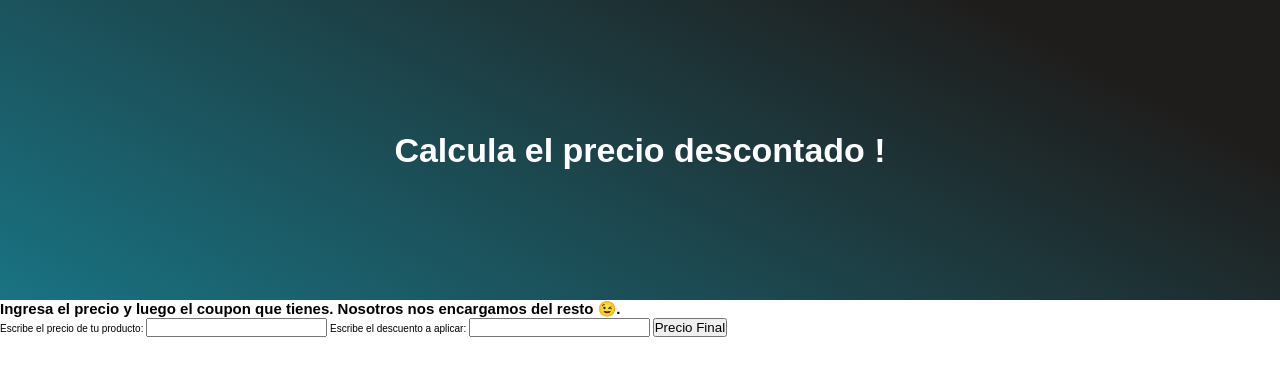
Repository: ChristianGecchelin/javascript-project
Page: javascript-project/descuentos y porcentajes/descuentos.html
These files come from the project's save history. The page is drawn as it stood at one moment and after the next save; the edit follows.
The browser window is 1280 px wide. The pictures show the whole page.

Above is the page before, as saved 2021-12-05 18:14:45.

### javascript-project/descuentos y porcentajes/descuentos.html
<!DOCTYPE html>
<html lang="es">
  <head>
    <meta charset="UTF-8" />
    <meta http-equiv="X-UA-Compatible" content="IE=edge" />
    <meta name="viewport" content="width=device-width, initial-scale=1.0" />
    <title>Porcentajes y descuentos</title>
    <link rel="stylesheet" href="./style.css" />
  </head>
  <body>
    <header>
      <div class="header--title-container">
        <h1>Calcula el precio descontado !</h1>
      </div>
    </header>
    <main>
      <section class="title-container">
        <h2 class="title">
          Ingresa el precio y luego el coupon que tienes. Nosotros nos
          encargamos del resto 😉.
        </h2>
        <div class="container-form">
          <form action="">
            <label for="inputPrice"> Escribe el precio de tu producto:</label>
            <input type="number" id="inputPrice" />
            <label for="inputCoupon">Escribe el descuento a aplicar:</label>
            <input type="number" id="inputCoupon" />
            <button type="button" onclick="calculateDiscountPrice()">
              Precio Final
            </button>
          </form>
        </div>
        <section class="container-answer">
          <p id="resultFunction"></p>
        </section>
      </section>
    </main>

    <script src="./descuentos.js"></script>
  </body>
</html>

### javascript-project/descuentos y porcentajes/style.css
:root {
  --Dark-lightblue: #197383;
  --soft-orange: #ffe9d5;
  --secondary-blue: #1a9af7;
  --soft-blue: #e7f5ff;
  --warm-black: #201e1c;
  --black: #282623;
  --grey: #bababa;
  --off-white: #faf8f7;
  --just-white: #fff;
}
* {
  box-sizing: border-box;
  margin: 0;
  padding: 0;
}
html {
  font-size: 62.5%;
  font-family: "DM Sans", sans-serif;
}
header {
  position: relative;
  display: flex;
  flex-direction: column;
  justify-content: center;
  width: 100%;
  min-width: 320px;
  height: 300px;
  text-align: center;
  background: linear-gradient(207.8deg, #1f1d1c 16.69%, #197383 100%);
}
header .header--title-container {
  display: flex;
  justify-content: center;
  align-self: center;
  width: 90%;
  min-width: 288px;
  max-width: 900px;
  height: 200px;
  text-align: center;
}
header .header--title-container h1 {
  margin: auto;
  font-size: 3.4rem;
  font-weight: 700;
  line-height: 3.6rem;
  color: var(--just-white);
}

### javascript-project/descuentos y porcentajes/descuentos.js
// Voy a relacionar los descuentos a cupones que el cliente puede aplicar para bajar el precio del producto
// 1° creo un array de objetos. propiedad: valor,
const coupons = [
  {
    name: "nuevo-socio",
    discount: 30,
  },
  { name: "primera-compra", discount: 15 },
  { name: "navidad", discount: 10 },
  {
    name: "cumpleaños",
    discount: 5,
  },
];
function calculoPrecioConDescuento(precio, descuento) {
  // Calculo el porcentaje final que PAGARA el cliente
  const porcentajePrecioConDescuento = 100 - descuento;
  const precioConDescuento = (precio * porcentajePrecioConDescuento) / 100;
  return precioConDescuento;
}
//Esta funcion es la que llamaremos cuando tocamos el boton
//tomamos los valores puestos en los input
function calculateDiscountPrice() {
  const inputPrice = document.getElementById("inputPrice");
  const priceValue = inputPrice.value;
  const inputCoupon = document.getElementById("inputCoupon");
  const couponValue = inputCoupon.value;
  // Esta funcion validara si coupon name es igual a coupon value, solo se ejecuta cuando la llamo

  const isCouponValueValid = function (coupon) {
    return coupon.name === coupon.value;
  };
  //recorreremos el array de cupones para ver si lo introducido en el input corresponde a un cupon valido mediante la funcion anterior y lo almacenamos en una constante
  const userCoupon = coupons.find(isCouponValueValid);
  //si no corresponde nos da un alert. Pero si es valido, la propiedad discount se la asigno a descuento y ejecuto las funciones para calcular
  //finalmente lo traslado al html
  if (!userCoupon) {
    alert(`El cupón ${couponValue} no es válido`);
  } else {
    const descuento = userCoupon.discount;
    const precioConDescuento = calculoPrecioConDescuento(priceValue, descuento);
    const resultP = document.getElementById("ResultP");
    resultP.innerText = `El precio con descuento es: ${precioConDescuento}`;
  }
}

After the next save:
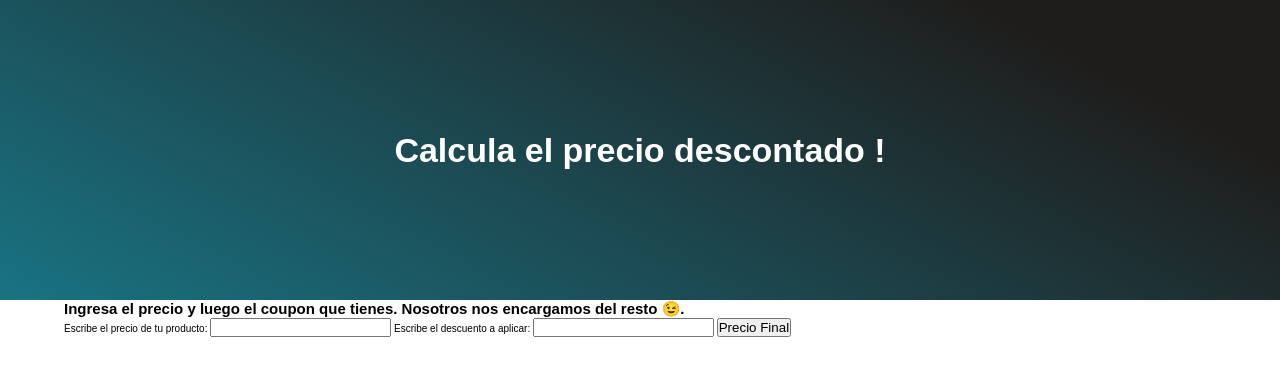
Saved 80 s later.
--- a/javascript-project/descuentos y porcentajes/style.css
+++ b/javascript-project/descuentos y porcentajes/style.css
@@ -46,3 +46,7 @@ header .header--title-container h1 {
   line-height: 3.6rem;
   color: var(--just-white);
 }
+.title-container {
+  width: 90%;
+  margin: 0 auto;
+}
